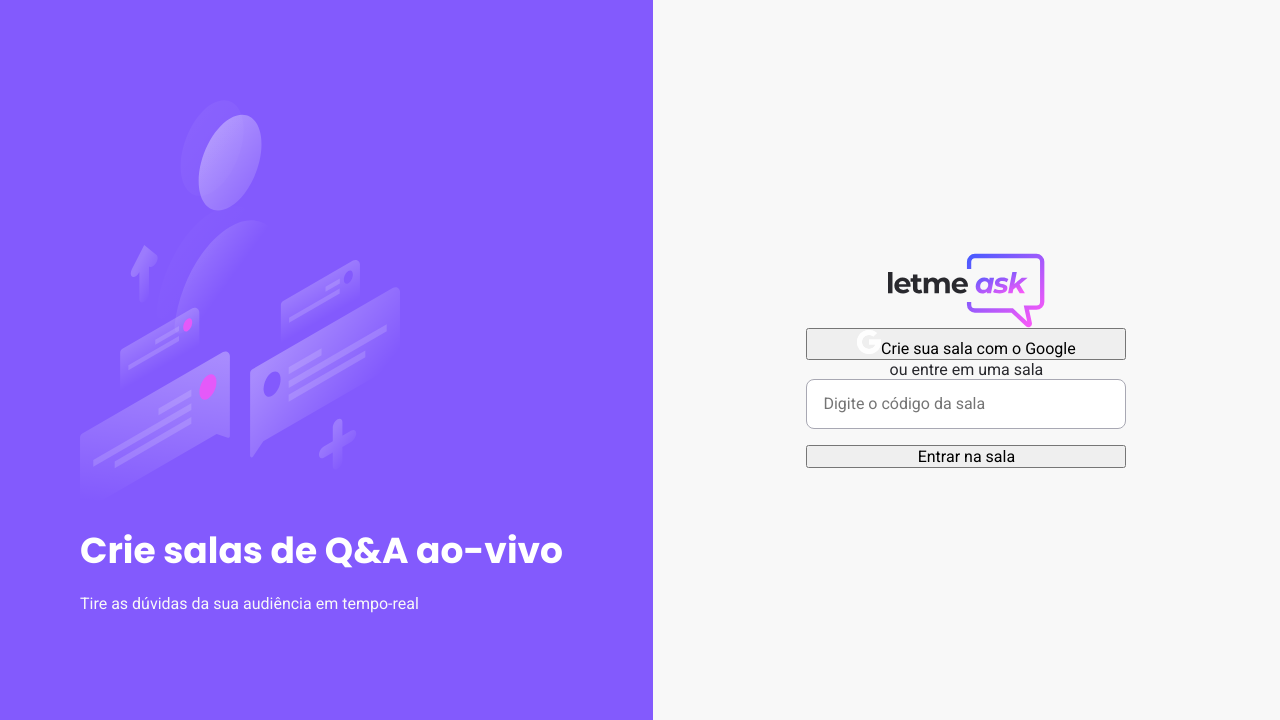
Repository: lucaslopesdevv/letmeask
Page: /
An editor plug-in stored every save of this project. The page is shown before and after a run of saves, followed by the edit.
The browser window is 1280 px wide. The pictures show the whole page.
The page's requests for data from a server got no answer. The project was rebuilt for these pictures with package versions that can differ from the ones it lists, and the page was loaded fresh each time. No one was signed in, and anything a server would have sent is missing.

Above is the page before, as saved 2021-12-11 17:09:22.

### public/index.html
<!DOCTYPE html>
<html lang="en">

<head>
  <meta charset="utf-8" />
  <meta name="viewport" content="width=device-width, initial-scale=1" />

  <link rel="preconnect" href="https://fonts.googleapis.com">
  <link rel="preconnect" href="https://fonts.gstatic.com" crossorigin>
  <link href="https://fonts.googleapis.com/css2?family=Poppins:wght@400;700&family=Roboto:wght@400;500&family=Ubuntu:wght@400;500;700&display=swap"rel="stylesheet">

  <title>Letmeask</title>
</head>

<body>
  <noscript>You need to enable JavaScript to run this app.</noscript>
  <div id="root"></div>
</body>

</html>

### src/index.tsx
import React from 'react';
import ReactDOM from 'react-dom';
import App from './App';

import './services/firebase';

import './styles/global.scss'

ReactDOM.render(
  <React.StrictMode>
    <App />
  </React.StrictMode>,
  document.getElementById('root')
);

### src/services/firebase.ts
import firebase from 'firebase/compat/app';

import 'firebase/compat/auth';
import 'firebase/compat/database';

const firebaseConfig = {
    apiKey: process.env.REACT_APP_API_KEY,
    authDomain: process.env.REACT_APP_AUTH_DOMAIN,
    databaseURL: process.env.REACT_APP_DATABASE_URL,
    projectId: process.env.REACT_APP_PROJECT_ID,
    storageBucket: process.env.REACT_APP_STORAGE_BUCKET,
    messagingSenderId: process.env.REACT_APP_MESSAGE_SENDER_ID,
    appId: process.env.REACT_APP_APP_ID
};

firebase.initializeApp(firebaseConfig);

export const auth = firebase.auth();

export const database = firebase.database();

### src/styles/global.scss
*{
    margin: 0;
    padding: 0;
    box-sizing: border-box;
}

body{
    background: #f8f8f8;
    color: #29292e;
}

body, input, button, textarea{
    font: 400 16px 'Roboto', sans-serif;
}

### src/pages/Home.tsx
import imgIllustration from '../assets/images/illustration.svg';
import imgLogo from '../assets/images/logo.svg';
import imgGoogleIcon from '../assets/images/google-icon.svg';

import '../styles/auth.scss';

export function Home(){
    return(
        <div id="page-auth">
            <aside>
                <img src={imgIllustration} alt="Ilustração simbolizando perguntas e respostas" />
                <strong>Crie salas de Q&amp;A ao-vivo</strong>
                <p>Tire as dúvidas da sua audiência em tempo-real</p>
            </aside>
            <main>
                <div className="main-content">
                    <img src={imgLogo} alt="Letmeask" />
                    <button>
                        <img src={imgGoogleIcon} alt="Logo do Google" />
                        Crie sua sala com o Google
                    </button>
                    <div className="separator">ou entre em uma sala</div>
                    <form>
                        <input
                        type="text"
                        placeholder="Digite o código da sala"
                        />
                        <button type="submit">
                            Entrar na sala
                        </button>
                    </form>
                </div>
            </main>
        </div>
    )
}

### src/styles/auth.scss
#page-auth {
    display: flex;
    align-items: stretch;
    height: 100vh;

    aside {
        flex: 7;

        background: #835afd;
        color: #fff;

        display: flex;
        flex-direction: column;
        justify-content: center;

        padding: 120px 80px;

        img {
            max-width: 320px;
        }

        strong {
            font: 700 36px "Poppins", sans-serif;
            line-height: 42px;
            margin-top: 16px;
        }

        p {
            font: 24px;
            line-height: 32px;
            margin-top: 16px;
            color: #f8f8f8;
        }
    }

    main {
        flex: 8;

        padding: 0 32px;

        display: flex;
        align-items: center;
        justify-content: center;
    }

    .main-content{
        display: flex;
        flex-direction: column;
        width: 100%;
        max-width: 320px;
        align-items: stretch;
        text-align: center;

        > img{
            align-self: center;
        }

        form{
            input{
                height: 50px;
                border-radius: 8px;
                padding: 0 16px;
                background: #fff;
                border: 1px solid #a8a8b3;
            }
            button{
                margin-top: 16px;
            }

            button, input{
                width: 100%;
            }
        }
    }
}

Loaded but not shown: src/App.tsx (common file)

After the next 2 saves:
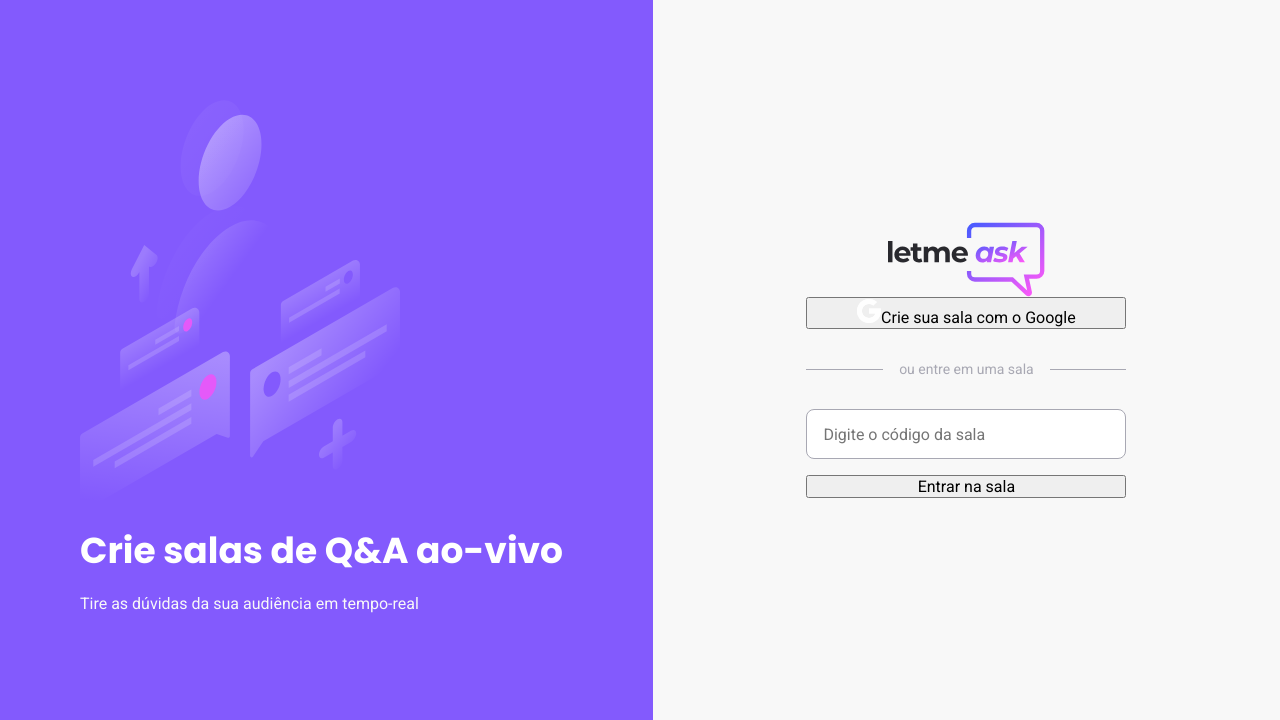
The 2 saves are shown as one change because they came seconds apart.
The last was saved 2 min 16 s later.
--- a/src/styles/auth.scss
+++ b/src/styles/auth.scss
@@ -43,7 +43,7 @@
         justify-content: center;
     }
 
-    .main-content{
+    .main-content {
         display: flex;
         flex-direction: column;
         width: 100%;
@@ -51,25 +51,51 @@
         align-items: stretch;
         text-align: center;
 
-        > img{
+        > img {
             align-self: center;
         }
 
-        form{
-            input{
+        form {
+            input {
                 height: 50px;
                 border-radius: 8px;
                 padding: 0 16px;
                 background: #fff;
                 border: 1px solid #a8a8b3;
             }
-            button{
+            button {
                 margin-top: 16px;
             }
 
-            button, input{
+            button,
+            input {
                 width: 100%;
             }
         }
     }
+
+    .separator {
+        font-size: 14px;
+        color: #a8a8b3;
+
+        margin: 32px 0;
+        display: flex;
+        align-items: center;
+
+        &::before {
+            content: "";
+            flex: 1;
+            height: 1px;
+            background: #a8a8b3;
+            margin-right: 16px;
+        }
+
+        &::after {
+            content: "";
+            flex: 1;
+            height: 1px;
+            background: #a8a8b3;
+            margin-left: 16px;
+        }
+    }
 }
